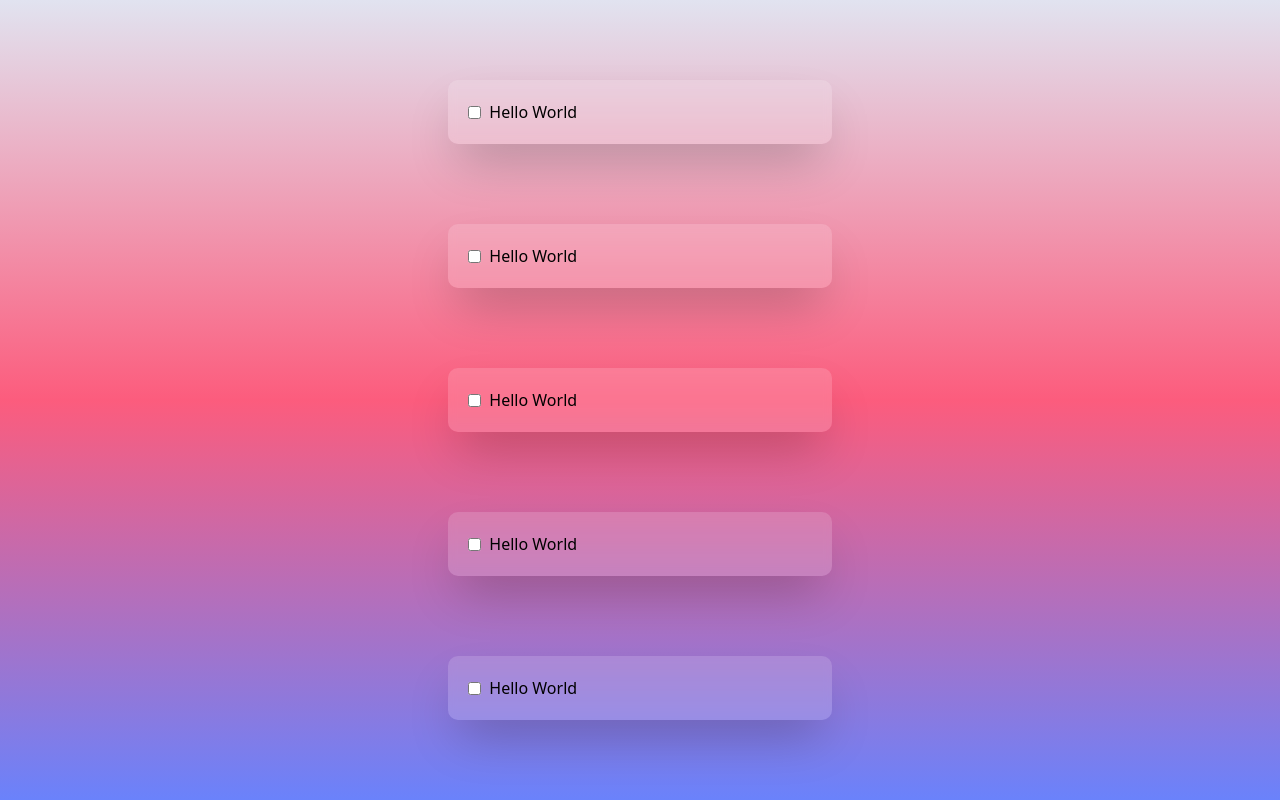
Repository: latenightsnacc/Checked
Page: /
These files come from the project's save history. The page is drawn as it stood at one moment and after the next save; the edit follows.
The browser window is 1280 px wide. The pictures show the whole page.
The project was rebuilt for these pictures with package versions that can differ from the ones it lists, and the page was loaded fresh each time. Also part of the build but not shown: craco.config.js.

Above is the page before, as saved 2020-12-19 13:11:41.

### src/index.css
/* @tailwind base;
@tailwind components;
@tailwind utilities; */

@import "tailwindcss/base";

@import "tailwindcss/components";

@import "tailwindcss/utilities";
body {
    background: #FC5C7D;  /* fallback for old browsers */
    background: -webkit-linear-gradient(to bottom,#e1e3f0, #FC5C7D,#6A82FB );  /* Chrome 10-25, Safari 5.1-6 */
    background: linear-gradient(to bottom, #e1e3f0, #FC5C7D, #6A82FB); /* W3C, IE 10+/ Edge, Firefox 16+, Chrome 26+, Opera 12+, Safari 7+ */
    background-repeat: no-repeat;
    width: 100%;
    min-height: 100vh;
    overflow-x: hidden;

}

.blur {
    background: rgba(255, 255, 255, 0.15);
    backdrop-filter: blur(4px);
    -webkit-backdrop-filter: blur(4px);
    border-radius: 10px;

  }

.blur:hover {
    border: 1px solid rgba(255, 255, 255, 0.15);
}

### src/App.js
import ToDoTask from './components/ToDoTask'
import todo from './todolist'
import React, {Component} from 'react'

class App extends Component {


  render(){
    const toDoList = todo.map(task => <ToDoTask key={task.id} item={task} />)

    return (
      <div className="mx-auto">

        <div className="container">
          {toDoList}
        </div>

      </div>
    );
  }
}

export default App;

### src/components/ToDoTask.js
import React, { Component } from "react"

class ToDoTask extends Component {

    render() {
        return (
            <>
                <div className="max-w-sm blur shadow-2xl mx-auto mt-20 h-auto flex items-center p-5">
                    <input type="checkbox"/>
                    <p>&nbsp; Hello World</p>
                </div>
            </>
        )
    }
}

export default ToDoTask

Loaded but not shown: public/index.html (common file); src/index.js (common file); src/reportWebVitals.js (common file); src/todolist.js (common file); tailwind.config.js (common file)

After the next save:
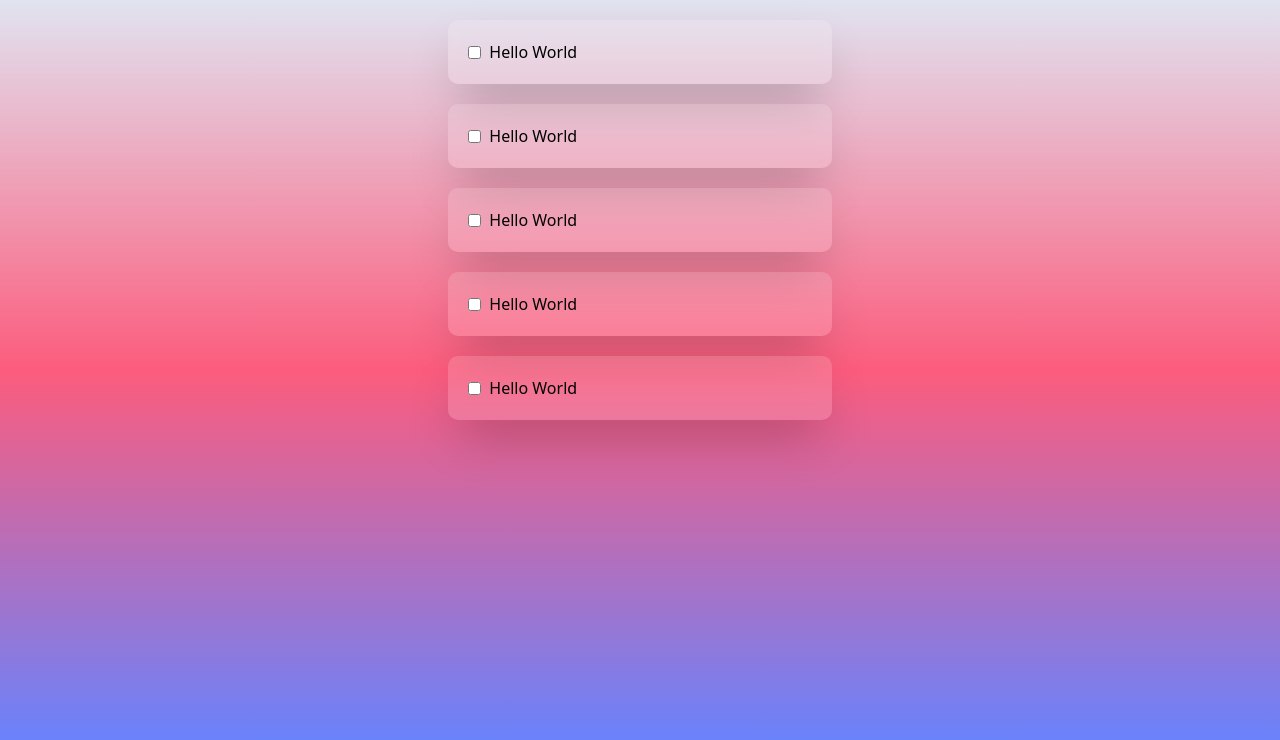
Saved 43 s later.
--- a/src/components/ToDoTask.js
+++ b/src/components/ToDoTask.js
@@ -5,7 +5,7 @@ class ToDoTask extends Component {
     render() {
         return (
             <>
-                <div className="max-w-sm blur shadow-2xl mx-auto mt-20 h-auto flex items-center p-5">
+                <div className="max-w-sm blur shadow-2xl mx-auto mt-5 h-auto flex items-center p-5">
                     <input type="checkbox"/>
                     <p>&nbsp; Hello World</p>
                 </div>
